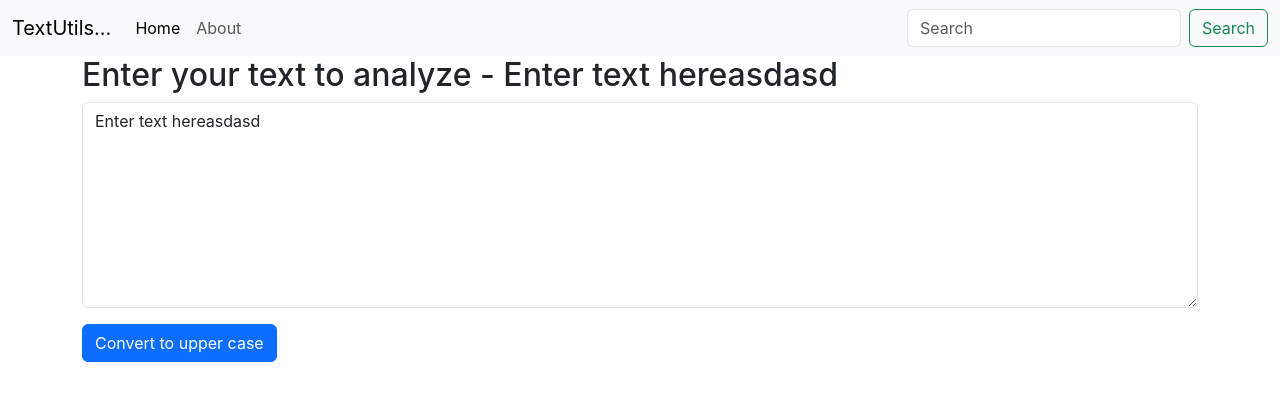
Repository: SujanNagaju/react-demo
Page: /
These files come from the project's save history. The page is drawn as it stood at one moment and after the next save; the edit follows.
The browser window is 1280 px wide. The pictures show the whole page.
The project was rebuilt for these pictures with package versions that can differ from the ones it lists, and the page was loaded fresh each time. Also part of the build but not shown: src/App.css.

Above is the page before, as saved 2024-12-29 13:34:23.

After the next save:
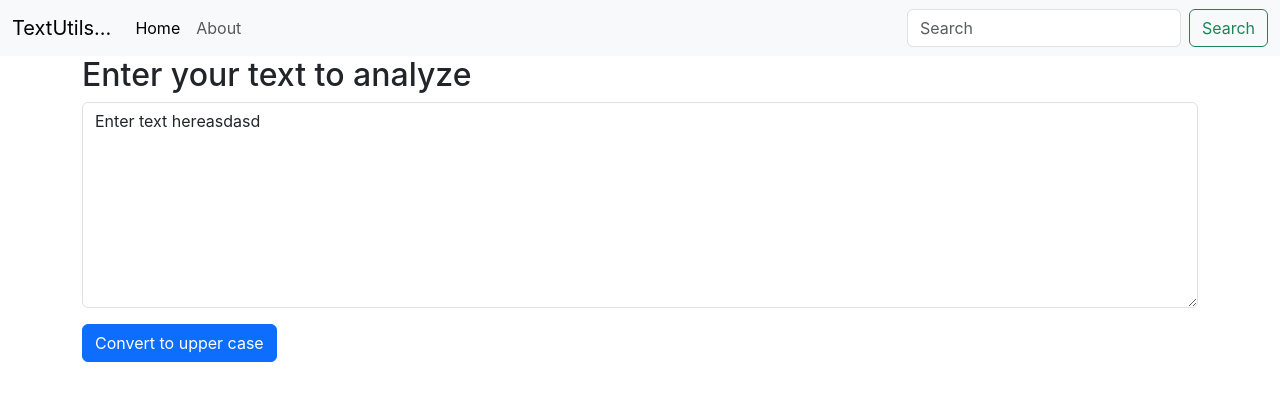
Saved 19 s later.
--- a/src/components/TextForm.js
+++ b/src/components/TextForm.js
@@ -14,7 +14,7 @@
 
   return (
     <div>
-      <h2>{props.heading} - {text}</h2>
+      <h2>{props.heading}</h2>
         <div className="mb-3">
             <textarea className="form-control" id="textBox" onChange={handleOnChange} value={text} rows="8"></textarea>
         </div>
